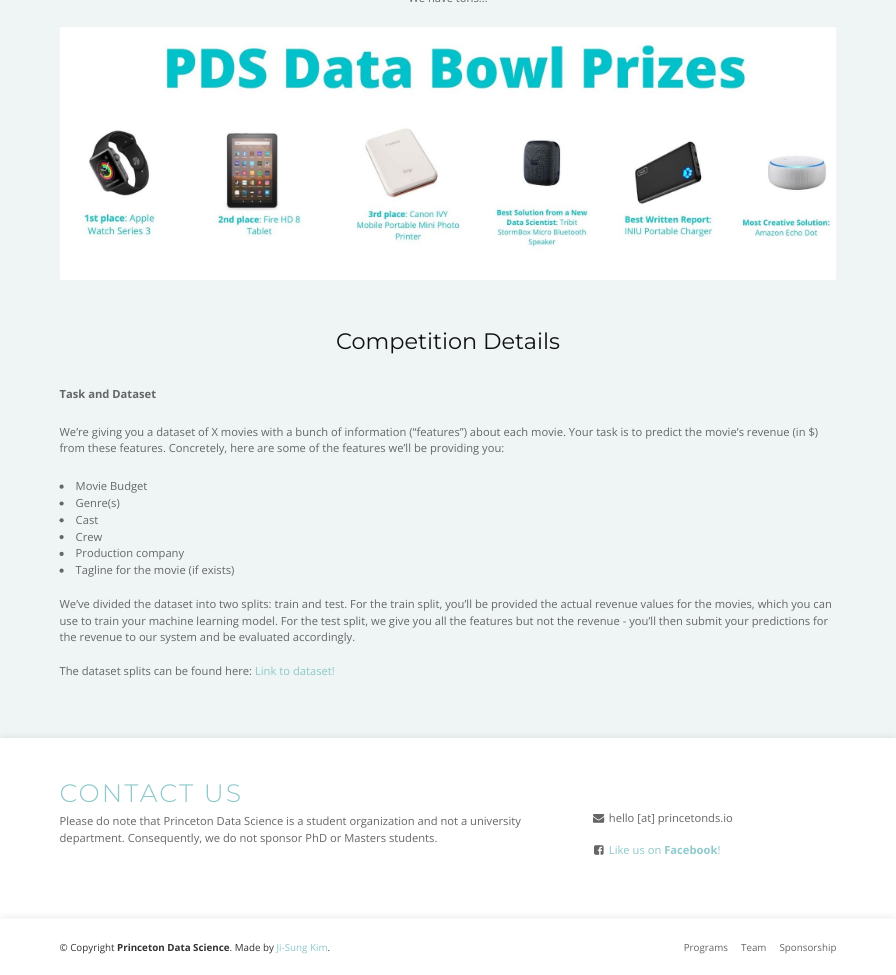
Repository: princetonds/princetonds.github.io
Page: team2.html
An editor plug-in stored every save of this project. The page is shown before and after the next save, followed by the edit.
The browser window is 1280 px wide. The pictures show the part of the page from y = 896 to 2816 px (the page is 2289 px tall before and 2816 px after), at 70% of full size.

Above is the page before, as saved 2021-03-20 22:50:17.
Console error: TypeError: Cannot read properties of null (reading 'innerHTML')

### team2.html
<!DOCTYPE html>
<html lang="en">
<head>
  <meta charset="utf-8">
  <title>Princeton Data Science (PDS)</title>
  <meta content="width=device-width, initial-scale=1.0" name="viewport">
  <meta content="" name="keywords">
  <meta content="" name="description">

  <!-- Favicons (created with http://realfavicongenerator.net/)-->
  <link rel="apple-touch-icon" sizes="180x180" href="/img/favicons/apple-touch-icon.png">
  <link rel="icon" type="image/png" href="/img/favicons/favicon-32x32.png" sizes="32x32">
  <link rel="icon" type="image/png" href="/img/favicons/favicon-16x16.png" sizes="16x16">
  <link rel="manifest" href="/img/favicons/manifest.json">
  <link rel="mask-icon" href="/img/favicons/safari-pinned-tab.svg" color="#49acad">
  <link rel="shortcut icon" href="/img/favicons/favicon.ico">
  <meta name="msapplication-config" content="/img/favicons/browserconfig.xml">
  <meta name="theme-color" content="#ffffff">

  <!-- Facebook Graph tags -->
  <meta property="og:url" content="https://princetonds.io" />
  <meta property="og:site_name" content="princetonds.io" />
  <meta property="og:title" content="Princeton Data Science (PDS)" />
  <meta name="og:description" content="Princeton Data Science (PDS) was founded in 2014-2015 to promote the practice and study of data science, a growing field that spans many disciplines such as statistics, machine learning, computer science, and business analytics." />
  <meta property="og:image" content="https://princetonds.io/img/500px_square_logo.png" />

  <!-- Google Fonts -->
  <link href="https://fonts.googleapis.com/css?family=Montserrat:300,400,500,700|Open+Sans:300,400,700" rel="stylesheet">

  <!-- Bootstrap CSS File -->
  <link href="lib/bootstrap/css/bootstrap.min.css" rel="stylesheet">

  <!-- Libraries CSS Files -->
  <link href="lib/animate/animate.min.css" rel="stylesheet">
  <link href="lib/font-awesome/css/font-awesome.min.css" rel="stylesheet">
  <link href="lib/magnific-popup/magnific-popup.css" rel="stylesheet">

  <!-- Main Stylesheet File -->
  <link href="css/style.css" rel="stylesheet">
  <link href="css/new.css" rel="stylesheet">
</head>

<body>

  <!--==========================
    Header
  ============================-->
  <header id="header">
    <div class="container">

      <div id="logo" class="pull-left">
        <h1><a href="#teamintro" class="scrollto"><img class="navbar-logo" src="img/inverted-logo.svg"></a></h1>
     </div>

      <nav id="nav-menu-container">
        <ul class="nav-menu">
          <li class="menu-active"><a href="https://princetonds.io">Programs</a></li>
          <li><a href="team.html">Team</a></li>
          <li><a href="media/sponsorship.pdf">Sponsorship</a></li>
          <li><a href="#contact">Contact Us</a></li>
          <li><a href="#team2.html">Competition</a></li>
        </ul>
      </nav><!-- #nav-menu-container -->
    </div>
  </header><!-- #header -->

  <!--==========================
    Intro Section
  ============================-->

  <!--==========================
    Intro Section
  ============================-->
  <section id="teamintro">
    <!-- <div class="team-intro-text">
      <h3>Our Team</h3>
    </div> -->
  </section>


  <!-- #intro -->


  <main id="main">


    <!--==========================
      Our Team Section
    ============================-->
    <section id="team" class="section-bg">
      <div class="container">
          <!-- <h3 class="section-title">Princeton Data Bowl</h3> -->
              <!-- <p style="text-align:center;">Enter team description here...</p> -->
              <div class="member3">
                <div class="pic"><img src="img/competition/logo.jpg" alt=""></div>
              </div>

          <!-- <span class="section-divider"></span> -->
        </div>
      </div>

    <!--==========================
      Contact Section
    ============================-->
      <div class="container">
        <br>
        <br>
        <div class="row wow fadeInUp">
          <div class="col-lg-8 col-md-6">
            <p><strong>A data science competition exclusively for Princeton students!</strong></p>
            <br>
            <p>
               Your job will be to predict movie revenue from a few different variables, such as: </p>
              <li> the movie’s budget </li>
              <li> director </li>
              <li> and more! </li>
              <br>
              <p>   This is a great opportunity to gain hands-on experience working on a data science project as well as to win some *seriously cool* prizes. We’re going to tell you about those first to get you excited!</p>
          </div>
          <div class="col-lg-4 col-md-6 links">
            <p><i class="fa fa-external-link fa-fw"></i>   <a href="https://eval.ai/web/challenges/challenge-page/871/overview">Link to the Challenge!</a>
            </p>
            <p><i class="fa fa-facebook-square fa-fw"></i> <a href="https://www.facebook.com/princetonds" class="facebook">Like us on <strong>Facebook</strong>!</a></p>
          </div>
        </div>
      </div>


    <div class="container">
      <div class="section-header">
        <!-- <h3 class="section-title">Princeton Data Bowl</h3> -->
            <br>
            <h2 style="text-align:center; color:black">Prizes!</h2>
            <p style="text-align:center;">We have tons...</p>
            <div class="member3">
              <div class="pic"><img src="img/competition/prizes.jpg" alt=""></div>
            </div>

        <!-- <span class="section-divider"></span> -->
      </div>
    </div>

<br>
<br>
    <div class="container">
      <div class="section-header">
        <h3 class="section-title">Competition Details</h3>
            <br>
            <p><strong>Task and Dataset</strong></p>
            <p>
              We’re giving you a dataset of X movies with a bunch of information (“features”) about each movie. Your task is to predict the movie’s revenue (in $) from these features. Concretely, here are some of the features we’ll be providing you:
            </p>
              <li> Movie Budget </li>
              <li> Genre(s) </li>
              <li> Cast </li>
              <li> Crew </li>
              <li> Production company </li>
              <li> Tagline for the movie (if exists)</li>
              <br>
              We’ve divided the dataset into two splits: train and test. For the train split, you’ll be provided the actual revenue values for the movies, which you can use to train your machine learning model. For the test split, we give you all the features but not the revenue - you’ll then submit your predictions for the revenue to our system and be evaluated accordingly.
              <br>
              <br>
              The dataset splits can be found here: <a href="https://github.com/princetonds/PDS-Movie-Competition">Link to dataset!</a>

              <br>
            <br>
        <!-- <span class="section-divider"></span> -->
      </div>
    </div>




    </section><!-- #team -->

    <!--==========================
      Contact Section
    ============================-->
    <section id="contact">
      <div class="container">
        <div class="row wow fadeInUp">
          <div class="contact-about">
            <div class="col-lg-12 col-md-12">
              <h3>Contact Us</h3>
            </div>
          </div>
        </div>

        <div class="row wow fadeInUp">
          <div class="col-lg-8 col-md-6">
            <p>Please do note that Princeton Data Science is a student organization and not a university department. Consequently, we do not sponsor PhD or Masters students.</p>
          </div>
          <div class="col-lg-4 col-md-6 links">
            <p><i class="fa fa-envelope fa-fw"></i> hello [at] princetonds.io</p>
            <p><i class="fa fa-facebook-square fa-fw"></i> <a href="https://www.facebook.com/princetonds" class="facebook">Like us on <strong>Facebook</strong>!</a></p>
          </div>
        </div>
      </div>
    </section><!-- #contact -->

  </main>

  <!--==========================
    Footer
  ============================-->
  <footer id="footer">
    <div class="container">
      <div class="row">
        <div class="col-lg-6 text-lg-left text-center">
          <div class="copyright">
            &copy; Copyright <strong>Princeton Data Science</strong>. Made by <a href="https://jisungkim.com">Ji-Sung Kim</a>.
          </div>
          <div class="credits">
          </div>
        </div>
        <div class="col-lg-6">
          <nav class="footer-links text-lg-right text-center pt-2 pt-lg-0">
            <a href="#programs" class="scrollto">Programs</a>
            <a href="#team" class="scrollto">Team</a>
            <a href="media/sponsorship.pdf">Sponsorship</a>
          </nav>
        </div>
      </div>
    </div>
  </footer><!-- #footer -->

  <a href="#" class="back-to-top"><i class="fa fa-chevron-up"></i></a>

  <!-- JavaScript Libraries -->
  <script src="lib/jquery/jquery.min.js"></script>
  <script src="lib/jquery/jquery-migrate.min.js"></script>
  <script src="lib/bootstrap/js/bootstrap.bundle.min.js"></script>
  <script src="lib/easing/easing.min.js"></script>
  <script src="lib/wow/wow.min.js"></script>
  <script src="lib/superfish/hoverIntent.js"></script>
  <script src="lib/superfish/superfish.min.js"></script>
  <script src="lib/magnific-popup/magnific-popup.min.js"></script>

  <!-- Template Main Javascript File -->
  <script src="js/main.js"></script>
  <script src="js/typewriter.js"></script>

</body>
</html>

### css/new.css
.program {
    padding: 40px;
}

.program h3 {
    color: black;
    font-weight: 700;
    font-family: "Open Sans";
}

.section {
    padding-top: 100px;
}


#programs {
    padding: 60px 0;
}

#clients {
    padding: 60px 0;
}

.sponsor-title {
    padding-bottom: 15px;
}

.profile-description {
    font-size: 14px;
}

.arjun {
    font-size: 15px !important;
    line-height: 22px;
}

.links p {
    line-height: 12px;
}

.presidents {
    color: #999999;
    font-size: 16px;
}

Loaded but not shown: lib/bootstrap/css/bootstrap.min.css (library); lib/animate/animate.min.css (library); lib/font-awesome/css/font-awesome.min.css (library); lib/magnific-popup/magnific-popup.css (library); lib/jquery/jquery.min.js (library); lib/jquery/jquery-migrate.min.js (library); lib/bootstrap/js/bootstrap.bundle.min.js (library); lib/easing/easing.min.js (common file); lib/wow/wow.min.js (library); lib/superfish/hoverIntent.js (library); lib/superfish/superfish.min.js (library); lib/magnific-popup/magnific-popup.min.js (library); js/main.js (125 lines, source omitted); js/typewriter.js (28 lines, source omitted); css/style.css (1350 lines, source omitted)

After the next save:
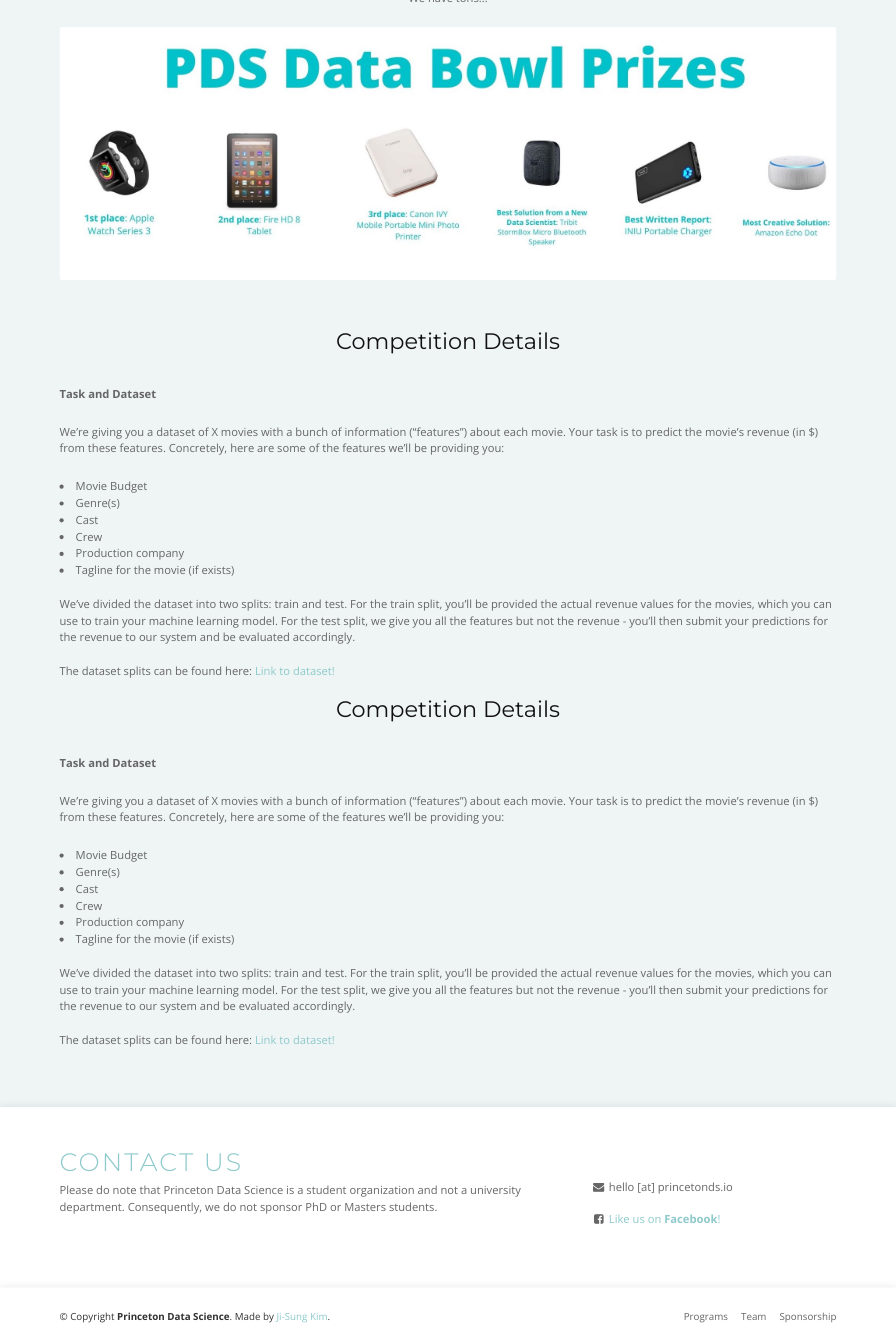
Saved 39 s later.
--- a/team2.html
+++ b/team2.html
@@ -168,6 +168,32 @@
       </div>
     </div>
 
+    <div class="container">
+      <div class="section-header">
+        <h3 class="section-title">Competition Details</h3>
+            <br>
+            <p><strong>Task and Dataset</strong></p>
+            <p>
+              We’re giving you a dataset of X movies with a bunch of information (“features”) about each movie. Your task is to predict the movie’s revenue (in $) from these features. Concretely, here are some of the features we’ll be providing you:
+            </p>
+              <li> Movie Budget </li>
+              <li> Genre(s) </li>
+              <li> Cast </li>
+              <li> Crew </li>
+              <li> Production company </li>
+              <li> Tagline for the movie (if exists)</li>
+              <br>
+              We’ve divided the dataset into two splits: train and test. For the train split, you’ll be provided the actual revenue values for the movies, which you can use to train your machine learning model. For the test split, we give you all the features but not the revenue - you’ll then submit your predictions for the revenue to our system and be evaluated accordingly.
+              <br>
+              <br>
+              The dataset splits can be found here: <a href="https://github.com/princetonds/PDS-Movie-Competition">Link to dataset!</a>
+
+              <br>
+            <br>
+        <!-- <span class="section-divider"></span> -->
+      </div>
+    </div>
+
 
 
 
